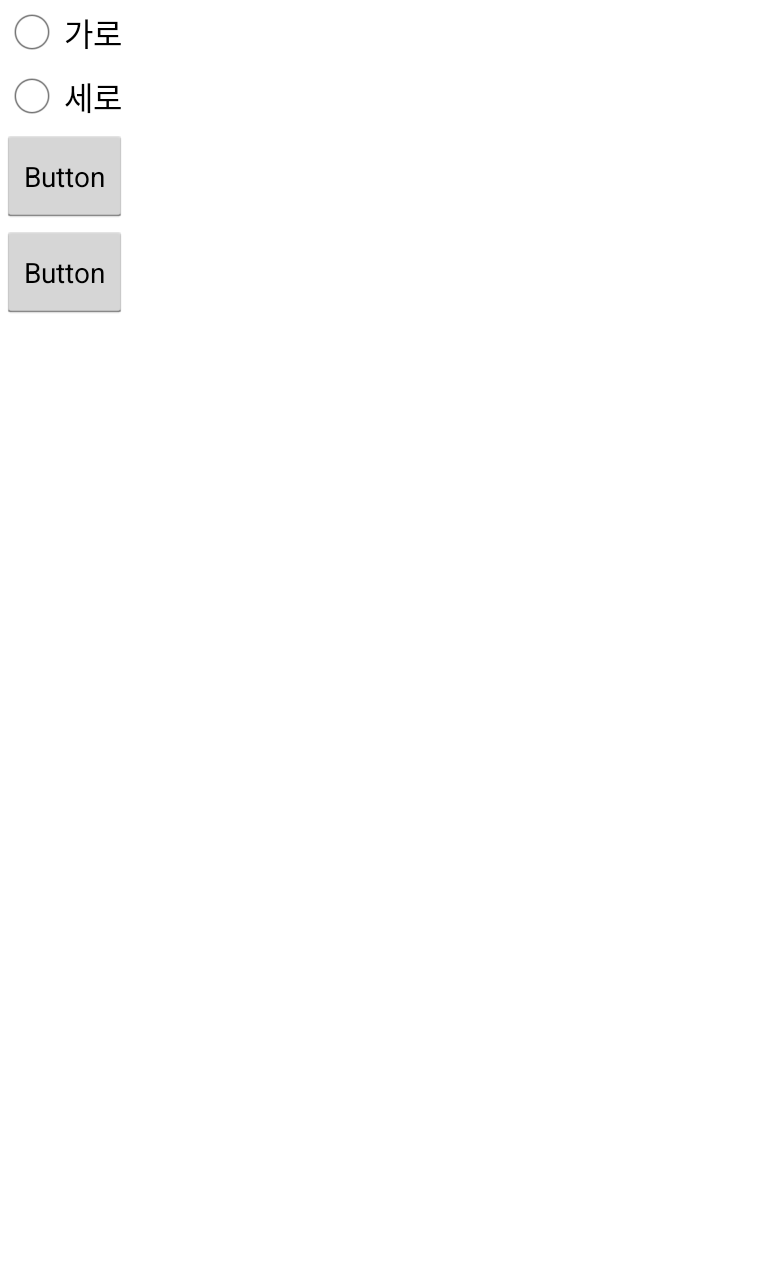
Repository: mewards/Android_Study
Layout: hw/wooil/hw3/res/layout/dialog.xml
The author's editor kept a copy of each file at every save. The layout is drawn from the files as they stood at one save, then again after the next save.
It is drawn on a 768 x 1280 px phone screen (xhdpi) without system bars, with theme AppTheme; the app's code is not run.

Above is the layout before, as saved 2014-03-01 07:36:39.

### hw/wooil/hw3/res/layout/dialog.xml
<?xml version="1.0" encoding="utf-8"?>
<LinearLayout xmlns:android="http://schemas.android.com/apk/res/android"
    android:layout_width="match_parent"
    android:layout_height="match_parent"
    android:orientation="vertical" >

    <RadioButton
        android:id="@+id/radioButton1"
        android:layout_width="wrap_content"
        android:layout_height="wrap_content"
        android:text="가로 " />

    <RadioButton
        android:id="@+id/radioButton2"
        android:layout_width="wrap_content"
        android:layout_height="wrap_content"
        android:text="세로 " />

    <Button
        android:id="@+id/button1"
        style="?android:attr/buttonStyleSmall"
        android:layout_width="wrap_content"
        android:layout_height="wrap_content"
        android:text="Button" />

    <Button
        android:id="@+id/button2"
        style="?android:attr/buttonStyleSmall"
        android:layout_width="wrap_content"
        android:layout_height="wrap_content"
        android:text="Button" />

</LinearLayout>

Loaded but not shown: hw/wooil/hw3/res/values/styles.xml (common file); hw/wooil/hw3/res/values-v11/styles.xml (common file); hw/wooil/hw3/res/values-v14/styles.xml (common file)

After the next save:
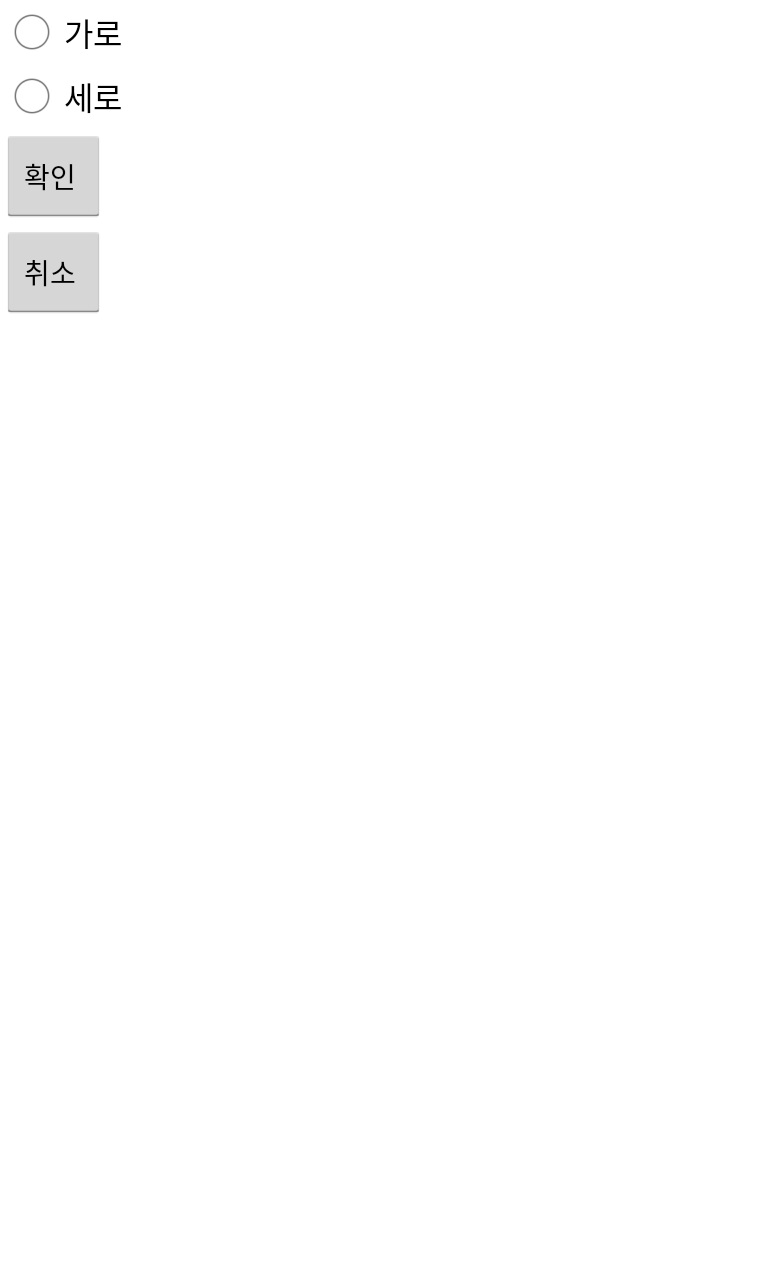
Saved 12 s later.
--- a/hw/wooil/hw3/res/layout/dialog.xml
+++ b/hw/wooil/hw3/res/layout/dialog.xml
@@ -21,13 +21,13 @@
         style="?android:attr/buttonStyleSmall"
         android:layout_width="wrap_content"
         android:layout_height="wrap_content"
-        android:text="Button" />
+        android:text="확인 " />
 
     <Button
         android:id="@+id/button2"
         style="?android:attr/buttonStyleSmall"
         android:layout_width="wrap_content"
         android:layout_height="wrap_content"
-        android:text="Button" />
+        android:text="취소 " />
 
 </LinearLayout>
